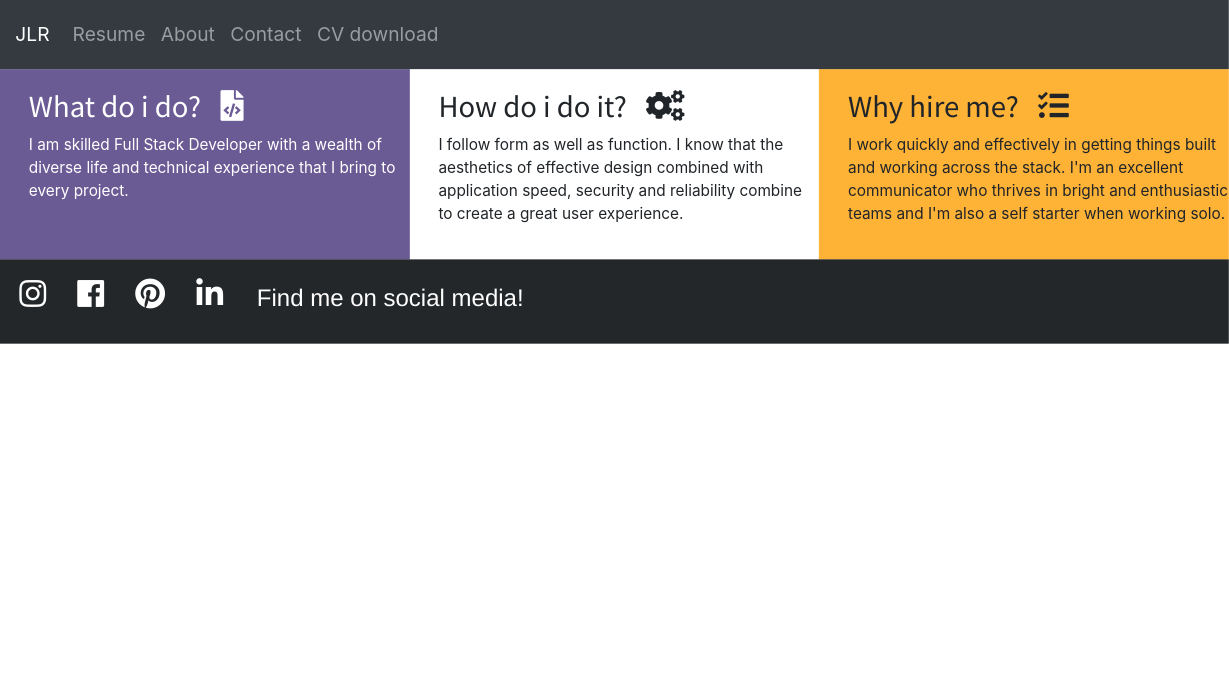
Repository: Kawaiisaki/Portfolio-site
Page: about.html
The author's editor kept a record of every edit. The page is drawn from the files as they stood at one moment, then again after the next edit.
The browser window is 1280 px wide. The pictures show the whole page, at 96% of full size.
Backgrounds fixed to the window are drawn as part of the page. Some web libraries are served in a nearby version.

Above is the page before.

After the next edit:
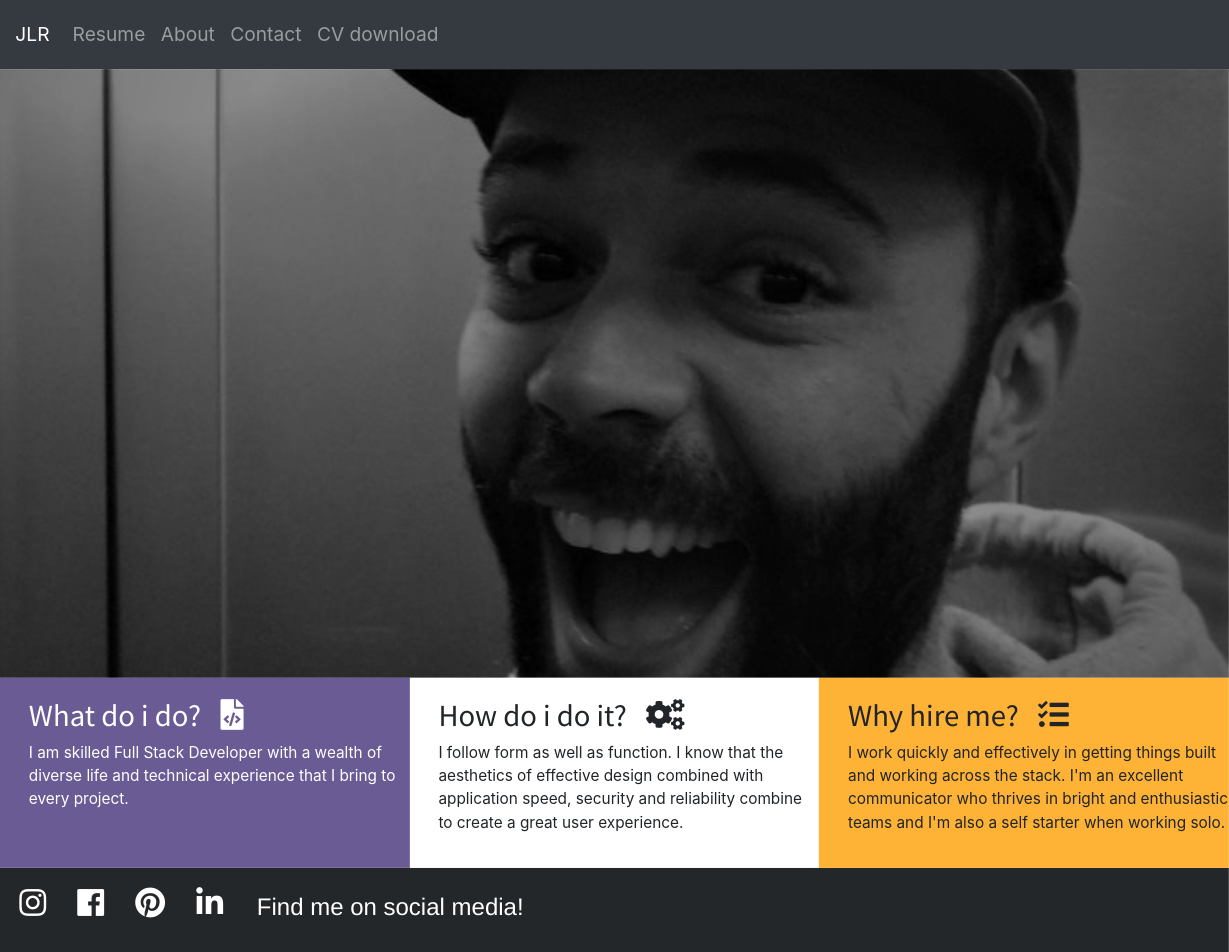
The edit:
--- a/about.html
+++ b/about.html
@@ -37,6 +37,17 @@
                 </ul>
             </div>
         </nav>
+        <div class="container-fluid callout-container">
+            <div class="transparant-overlay"></div>
+            <div class="row">
+                <div class="col-12">
+                    <div class="jumbotron callout text-center">
+                        <div class="container">
+                        </div>
+                    </div>
+                </div>
+            </div>
+        </div>
     </header>
     <section>
         <div class="container-fluid">

After the edit that followed:
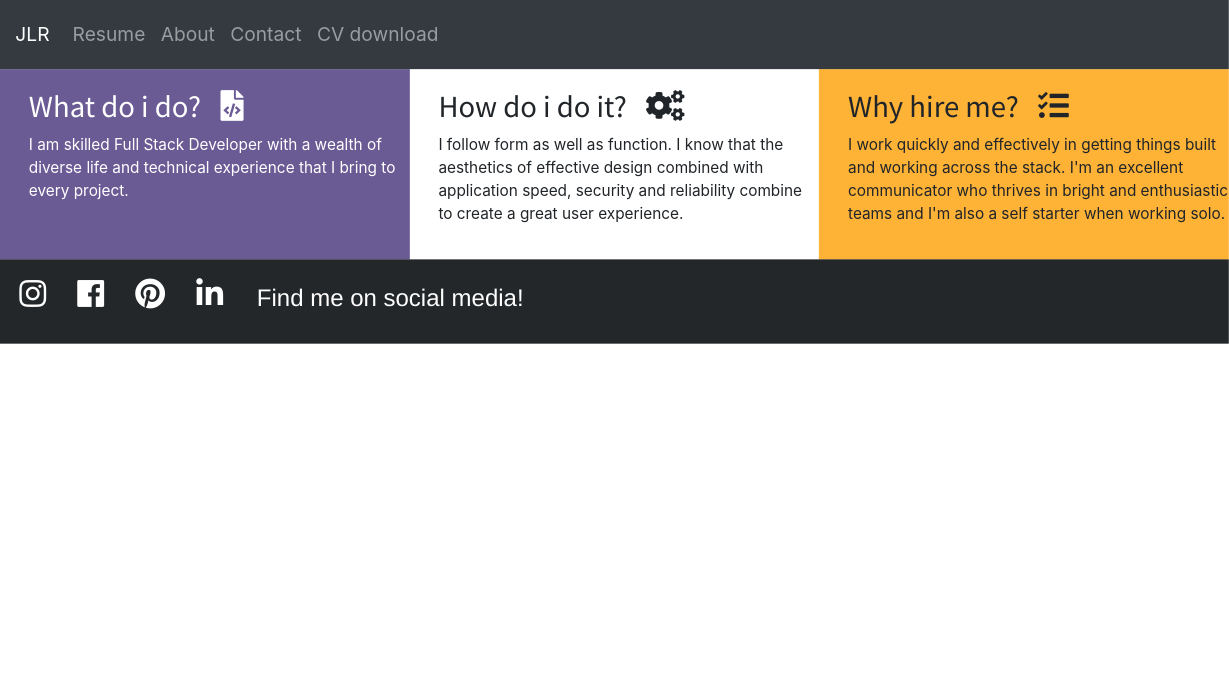
The edit:
--- a/about.html
+++ b/about.html
@@ -37,17 +37,6 @@
                 </ul>
             </div>
         </nav>
-        <div class="container-fluid callout-container">
-            <div class="transparant-overlay"></div>
-            <div class="row">
-                <div class="col-12">
-                    <div class="jumbotron callout text-center">
-                        <div class="container">
-                        </div>
-                    </div>
-                </div>
-            </div>
-        </div>
     </header>
     <section>
         <div class="container-fluid">
